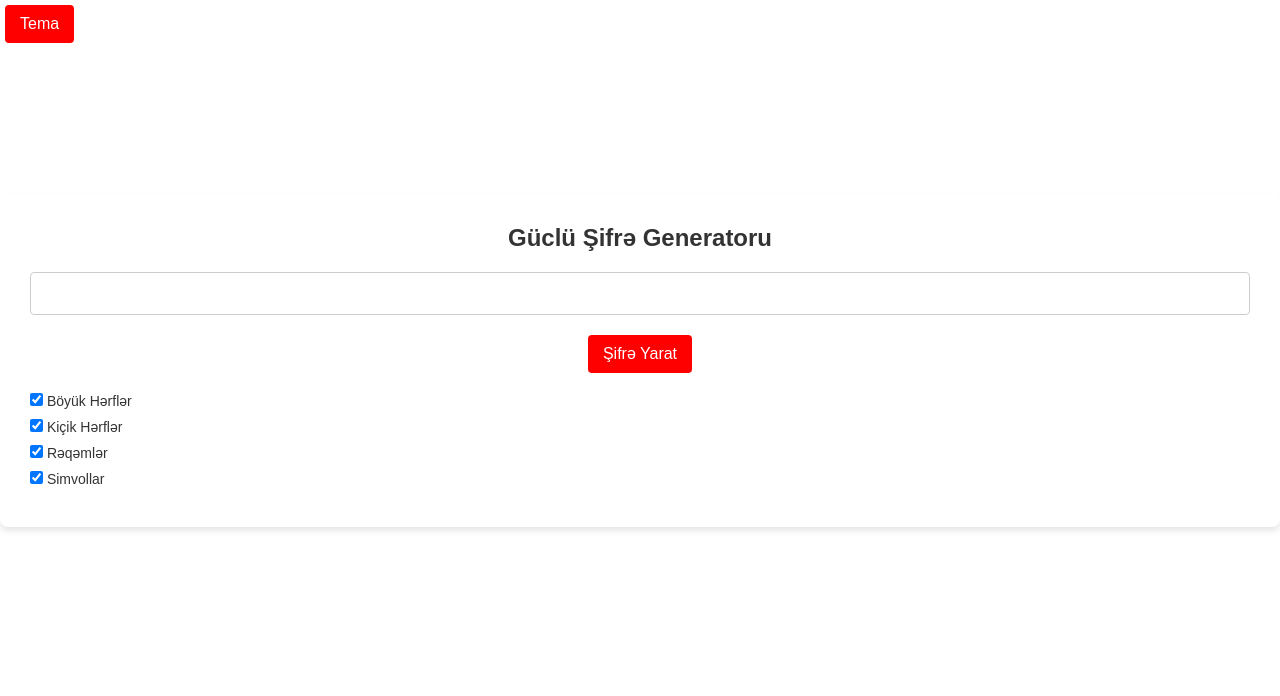
Repository: ferhadsultan98/pass-generator
Page: pass.html
These files come from the project's save history. The page is drawn as it stood at one moment and after the next save; the edit follows.
The browser window is 1280 px wide. The pictures show the whole page.

Above is the page before, as saved 2025-03-04 12:05:09.

### pass.html
<!DOCTYPE html>
<html lang="az">
<head>
  <meta charset="UTF-8">
  <meta name="viewport" content="width=device-width, initial-scale=1.0">
  <title>Güclü Şifrə Generatoru</title>
<style>
    * {
  margin: 0;
  padding: 0;
  box-sizing: border-box;
}

body {
  font-family: Arial, sans-serif;
  height: 100vh;
  display: flex;
  justify-content: center;
  align-items: center;
  background: linear-gradient(to top, darkcyan, );
  color: #333;
  transition: background-color 0.3s, color 0.3s;
}

body.dark-mode {
  background-color: #333;
  color: #f4f4f9;
}

.container {
  background-color: #fff;
  padding: 30px;
  border-radius: 8px;
  box-shadow: 0 4px 6px rgba(0, 0, 0, 0.1);
  text-align: center;
  width: 100%;
}

body.dark-mode .container {
  background-color: #444;
  box-shadow: 0 4px 6px rgba(0, 0, 0, 0.3);
}

h1 {
  margin-bottom: 20px;
  font-size: 24px;
}

#password {
  width: 100%;
  padding: 10px;
  font-size: 18px;
  margin-bottom: 20px;
  border: 1px solid #ccc;
  border-radius: 4px;
}

button {
  padding: 10px 15px;
  font-size: 16px;
  background-color: red;
  color: white;
  border: none;
  border-radius: 4px;
  cursor: pointer;
}

button:hover {
  background-color: red;
}

.options {
  margin-top: 20px;
  text-align: left;
}

label {
  display: block;
  margin-bottom: 10px;
  font-size: 14px;
}

.theme-switch {
left: 5px;
top: 5px;
  position: absolute;
}

body.dark-mode .theme-switch label {
  color: #fff;
}

/* Responsiveness */
@media (max-width: 500px) {
  .container {
    padding: 20px;
  }

  h1 {
    font-size: 20px;
  }

  button {
    font-size: 14px;
  }
}

</style>
</head>
<body>
  <div class="container">
    <h1>Güclü Şifrə Generatoru</h1>
    <input type="text" id="password" readonly>
    <button onclick="generatePassword()">Şifrə Yarat</button>

    <div class="options">
      <label>
        <input type="checkbox" id="includeUppercase" checked>
        Böyük Hərflər
      </label>
      <label>
        <input type="checkbox" id="includeLowercase" checked>
        Kiçik Hərflər
      </label>
      <label>
        <input type="checkbox" id="includeNumbers" checked>
        Rəqəmlər
      </label>
      <label>
        <input type="checkbox" id="includeSymbols" checked>
        Simvollar
      </label>
    </div>

    <div class="theme-switch">
        <button id="themeToggle"  onchange="toggleTheme()">Tema</button>
    </div>
  </div>

<script>
    // Şifrə yaratma funksiyası
function generatePassword() {
  const length = 12; // Şifrə uzunluğu
  const includeUppercase = document.getElementById('includeUppercase').checked;
  const includeLowercase = document.getElementById('includeLowercase').checked;
  const includeNumbers = document.getElementById('includeNumbers').checked;
  const includeSymbols = document.getElementById('includeSymbols').checked;

  let characters = '';
  if (includeUppercase) characters += 'ABCDEFGHIJKLMNOPQRSTUVWXYZ';
  if (includeLowercase) characters += 'abcdefghijklmnopqrstuvwxyz';
  if (includeNumbers) characters += '0123456789';
  if (includeSymbols) characters += '!@#$%^&*()-_=+[]{}|;:,.<>?/';

  if (characters === '') {
    alert('Ən az bir seçim etməlisiniz!');
    return;
  }

  let password = '';
  for (let i = 0; i < length; i++) {
    password += characters.charAt(Math.floor(Math.random() * characters.length));
  }

  document.getElementById('password').value = password;
}

// Tema dəyişdirmə funksiyası
function toggleTheme() {
  const themeToggle = document.getElementById('themeToggle');
  if (themeToggle.checked) {
    document.body.classList.add('dark-mode');
  } else {
    document.body.classList.remove('dark-mode');
  }
}

</script>
</body>
</html>

After the next save:
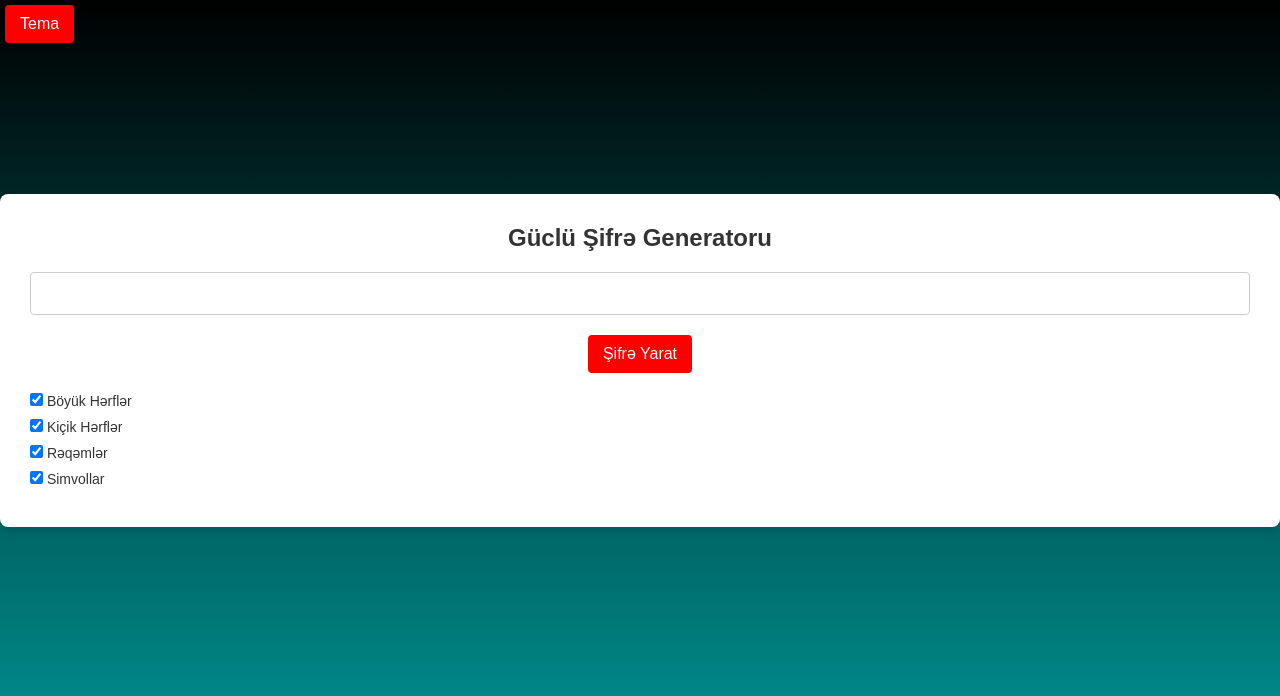
Saved 5 s later.
--- a/pass.html
+++ b/pass.html
@@ -17,7 +17,7 @@
   display: flex;
   justify-content: center;
   align-items: center;
-  background: linear-gradient(to top, darkcyan, );
+  background: linear-gradient(to top, darkcyan, black);
   color: #333;
   transition: background-color 0.3s, color 0.3s;
 }

After the 2 saves that followed:
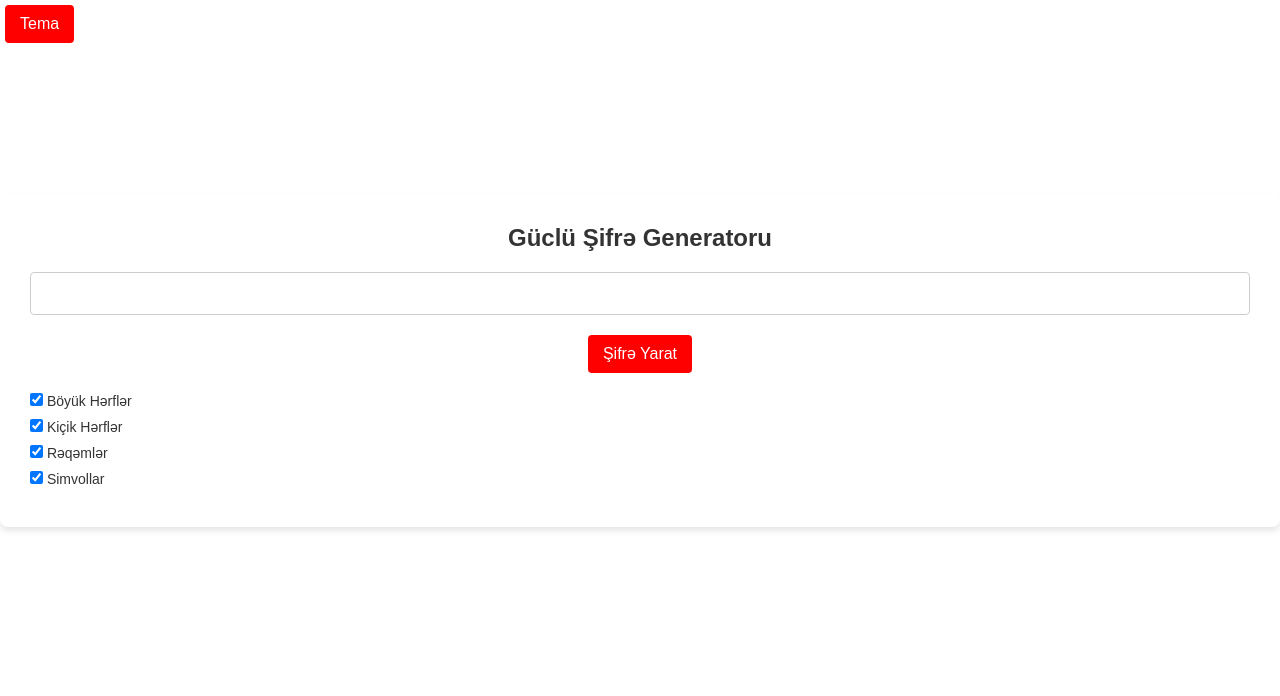
The 2 saves are shown as one change because they came seconds apart.
The last was saved 11 s later.
--- a/pass.html
+++ b/pass.html
@@ -17,7 +17,7 @@
   display: flex;
   justify-content: center;
   align-items: center;
-  background: linear-gradient(to top, darkcyan, black);
+  background: linear-gradient(to top, darkcyan, black,);
   color: #333;
   transition: background-color 0.3s, color 0.3s;
 }
